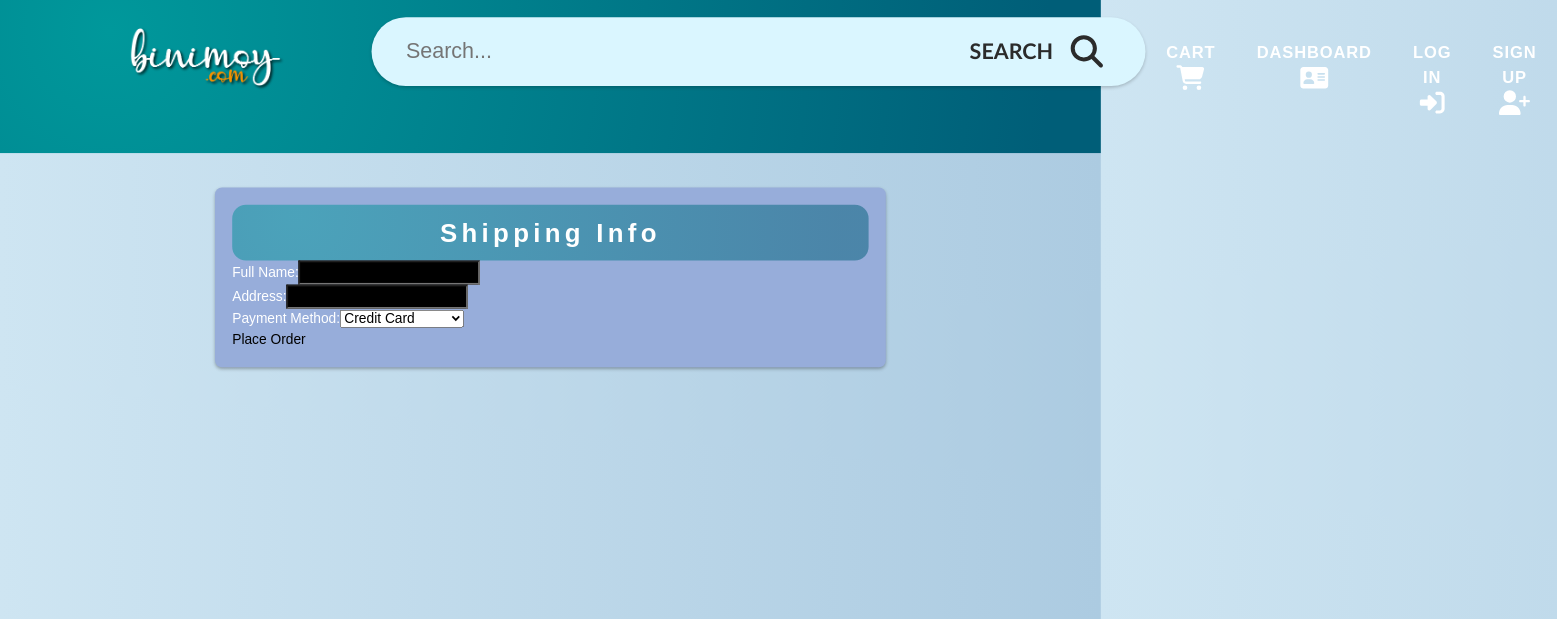
Repository: Shadman2024/2_1_DatabaseProject
Page: /checkout (app in frontend/)
The author's editor kept a copy of each file at every save. The page is drawn from the files as they stood at one save, then again after the next save.
The browser window is 1280 px wide. The page is 1811 px wide, so the pictures cover 1811 px, including what lies to the right of the window. The pictures show the whole page, at 86% of full size.
Some web libraries are served in a nearby version. The project was rebuilt for these pictures with package versions that can differ from the ones it lists, and the page was loaded fresh each time. Also part of the build but not shown: frontend/src/App.css, frontend/src/signUp/signup.js, frontend/src/logIn/login.js, frontend/src/Home/home.module.css, frontend/src/Home/hero.js, frontend/src/Home/hero2.js, frontend/src/Home/hero3.js, frontend/src/Home/smallcategory.module.css and 31 more.

Above is the page before, as saved 2024-03-08 13:46:20.

### frontend/public/index.html
<!DOCTYPE html>
<html lang="en">

<head>
  <meta charset="utf-8" />
  <link rel="icon" href="%PUBLIC_URL%/favicon.ico" />
  <meta name="viewport" content="width=device-width, initial-scale=1" />
  <meta name="theme-color" content="#000000" />
  <meta name="description" content="Web site created using create-react-app" />
  <link rel="apple-touch-icon" href="%PUBLIC_URL%/logo192.png" />
  <!--
      manifest.json provides metadata used when your web app is installed on a
      user's mobile device or desktop. See https://developers.google.com/web/fundamentals/web-app-manifest/
    -->
  <link rel="manifest" href="%PUBLIC_URL%/manifest.json" />
  <link href="https://cdn.jsdelivr.net/npm/bootstrap@5.0.2/dist/css/bootstrap.min.css" rel="stylesheet"
    integrity="sha384-EVSTQN3/azprG1Anm3QDgpJLIm9Nao0Yz1ztcQTwFspd3yD65VohhpuuCOmLASjC" crossorigin="anonymous">
  <!--
      Notice the use of %PUBLIC_URL% in the tags above.
      It will be replaced with the URL of the `public` folder during the build.
      Only files inside the `public` folder can be referenced from the HTML.

      Unlike "/favicon.ico" or "favicon.ico", "%PUBLIC_URL%/favicon.ico" will
      work correctly both with client-side routing and a non-root public URL.
      Learn how to configure a non-root public URL by running `npm run build`.
    -->
  <title>React App</title>
</head>

<body style="background: linear-gradient(to right, #cee5f2, #accbe1);
/* Other styles */
margin: 0;
height: 100vh;
color: white;">
<!-- <body style="background: #1B1B1B"> -->


  <noscript>You need to enable JavaScript to run this app.</noscript>
  <div id="root"></div>
  <!--
      This HTML file is a template.
      If you open it directly in the browser, you will see an empty page.

      You can add webfonts, meta tags, or analytics to this file.
      The build step will place the bundled scripts into the <body> tag.

      To begin the development, run `npm start` or `yarn start`.
      To create a production bundle, use `npm run build` or `yarn build`.
    -->
  <script src="https://cdn.jsdelivr.net/npm/bootstrap@5.0.2/dist/js/bootstrap.bundle.min.js"
    integrity="sha384-MrcW6ZMFYlzcLA8Nl+NtUVF0sA7MsXsP1UyJoMp4YLEuNSfAP+JcXn/tWtIaxVXM"
    crossorigin="anonymous"></script>
  <script src="https://cdn.jsdelivr.net/npm/@popperjs/core@2.9.2/dist/umd/popper.min.js"
    integrity="sha384-IQsoLXl5PILFhosVNubq5LC7Qb9DXgDA9i+tQ8Zj3iwWAwPtgFTxbJ8NT4GN1R8p"
    crossorigin="anonymous"></script>
  <script src="https://cdn.jsdelivr.net/npm/bootstrap@5.0.2/dist/js/bootstrap.min.js"
    integrity="sha384-cVKIPhGWiC2Al4u+LWgxfKTRIcfu0JTxR+EQDz/bgldoEyl4H0zUF0QKbrJ0EcQF"
    crossorigin="anonymous"></script>
  <script src="https://code.jquery.com/jquery-3.2.1.slim.min.js"
    integrity="sha384-KJ3o2DKtIkvYIK3UENzmM7KCkRr/rE9/Qpg6aAZGJwFDMVNA/GpGFF93hXpG5KkN"
    crossorigin="anonymous"></script>
  <script src="https://cdnjs.cloudflare.com/ajax/libs/popper.js/1.12.3/umd/popper.min.js"
    integrity="sha384-vFJXuSJphROIrBnz7yo7oB41mKfc8JzQZiCq4NCceLEaO4IHwicKwpJf9c9IpFgh"
    crossorigin="anonymous"></script>
  <script src="https://maxcdn.bootstrapcdn.com/bootstrap/4.0.0-beta.2/js/bootstrap.min.js"
    integrity="sha384-alpBpkh1PFOepccYVYDB4do5UnbKysX5WZXm3XxPqe5iKTfUKjNkCk9SaVuEZflJ"
    crossorigin="anonymous"></script>


</body>

</html>

### frontend/src/index.css
*{
  margin: 0;
  outline: none;
}
body {
  margin: 0;
  font-family: -apple-system, BlinkMacSystemFont, 'Segoe UI', 'Roboto', 'Oxygen',
    'Ubuntu', 'Cantarell', 'Fira Sans', 'Droid Sans', 'Helvetica Neue',
    sans-serif;
  -webkit-font-smoothing: antialiased;
  -moz-osx-font-smoothing: grayscale;
}

code {
  font-family: source-code-pro, Menlo, Monaco, Consolas, 'Courier New',
    monospace;
}
html {
  scroll-behavior: smooth;
  position: relative;
  min-height: 100%;
  overflow-x: hidden;
}

### frontend/src/checkout/checkout.js
import React, { Fragment, useState, useEffect, useLayoutEffect } from 'react';
import { useLocation, useNavigate } from 'react-router-dom';
import styles from './checkout.module.css';

const Checkout = ({ setAuth }) => {
    const navigate = useNavigate();
    const location = useLocation();
    const { cartItems } = location.state || { cartItems: [] };

    // States for form inputs
    const [name, setName] = useState('');
    const [address, setAddress] = useState('');
    const [paymentMethod, setPaymentMethod] = useState('creditCard');

    const handleSubmit = async (e) => {
        e.preventDefault();
        // Here you would typically send the order to your backend server
        // For this example, we'll just log it to the console and navigate to a confirmation page
        console.log({
            name,
            address,
            paymentMethod,
            cartItems,
        });
        // navigate('/order-confirmation'); // Assuming you have an order confirmation page
    };

    return (
        <Fragment>
            <div className={styles.shipping}>
                <div className={styles.title}>Shipping Info</div>
                <form onSubmit={handleSubmit} className={styles.checkoutForm}>
                    <div className={styles.formGroup}>
                        <label htmlFor="name">Full Name:</label>
                        <input type="text" id="name" value={name} onChange={(e) => setName(e.target.value)} required />
                    </div>
                    <div className={styles.formGroup}>
                        <label htmlFor="address">Address:</label>
                        <input type="text" id="address" value={address} onChange={(e) => setAddress(e.target.value)} required />
                    </div>
                    <div className={styles.formGroup}>
                        <label>Payment Method:</label>
                        <select value={paymentMethod} onChange={(e) => setPaymentMethod(e.target.value)} required>
                            <option value="creditCard">Credit Card</option>
                            <option value="paypal">PayPal</option>
                            <option value="cash">Cash on Delivery</option>
                        </select>
                    </div>
                    <button type="submit" className={styles.submitButton}>Place Order</button>
                </form>
            </div>
        </Fragment>
    );
};

export default Checkout;

### frontend/src/signUp/signup.module.css

.login_box {
  position: absolute;
  top: 50%;
  left: 50%;
  width: 400px;
  padding: 40px;
  margin: 20px auto;
  transform: translate(-50%, -55%);
  background-image: radial-gradient( circle farthest-corner at 10% 20%,  rgba(0,152,155,1) 0.1%, rgba(0,94,120,1) 94.2% );
  box-sizing: border-box;
  box-shadow: 0 15px 25px rgba(0,0,0,.6);
  border-radius: 10px;
  color: #ffffff;
  font-size: large;
  /* padding-left: 100px;
  padding-right: 100px; */
}
.login_box .user_box {
  position: relative;
}

.login_box .user_box input {
  width: 100%;
  padding: 10px 0;
  font-size: 16px;
  color: #fffdfd;
  margin-bottom: 30px;
  border: none;
  /* background-color: #0F1F2A; */
  border-bottom: 1px solid #ffffff;
  outline: none;
  background: transparent;
  font-size: larger;
  /* font-weight: bolder; */
}

.login_box .user_box label {
  position: absolute;
  top: -20px;
  left: 0;
  padding: 10px 0;
  font-size: 20px;
  color: #ffffff;
  /* background-color: #2E5D7F; */
  pointer-events: none;
  transition: .5s;
  font-size: large;
  /* padding: 0px;
  padding-left: 20%;
  padding-right: 20%; */
  font-weight: bold;
}

.login_box .user_box input:focus ~ label,
.login_box .user_box input:valid ~ label {
  /* top: -20px; */
  left: 0;
  color: #ffffff;
  font-size: 20px;
  /* background-color: #242424; */
  padding: 0px;
  padding-left: 10px;
  padding-right: 10px;
  font-weight: bolder;
}


.login_box p:first-child {
  margin: 0 0 30px;
  padding: 0;
  color: #ffffff;
  text-align: center;
  font-size: 1.5rem;
  font-weight: bold;
  letter-spacing: 1px;
  padding-bottom: 30px;
}




.animated_button {
  position: relative;
  display: inline-block;
  padding: 12px 24px;
  border: none;
  font-size: 16px;
  background-color: inherit;
  border-radius: 100px;
  font-weight: 600;
  color: #ffffff;
  box-shadow: 0 0 0 2px #ffffff00;
  cursor: pointer;
  overflow: hidden;
  transition: all 0.6s cubic-bezier(0.23, 1, 0.320, 1);
  text-align: center;
  font-size: 1.2rem;
  /* font-weight: bold; */
  letter-spacing: 1px;
  /* padding-bottom: 30px; */
}

.animated_button span:last-child {
  position: absolute;
  top: 50%;
  left: 50%;
  transform: translate(-50%, -50%);
  width: 20px;
  height: 20px;
  background-color: #fff;
  /* color: #000; */
  border-radius: 50%;
  opacity: 0;
  transition: all 0.8s cubic-bezier(0.23, 1, 0.320, 1);
}

.animated_button span:first-child {
  position: relative;
  z-index: 1;
}

.animated_button:hover {
  box-shadow: 0 0 0 3px #ffffff;
  color: #2F0332;
}

.animated_button:active {
  scale: 0.95;
}

.animated_button:hover span:last-child {
  width: 150px;
  height: 150px;
  opacity: 1;
}

input {
  color: white;
  background-color: black;
}

::-ms-reveal {
  filter: invert(100%);
}

/* Chrome, Safari, Edge, Opera */
input::-webkit-outer-spin-button,
input::-webkit-inner-spin-button {
-webkit-appearance: none;
margin: 0;
}

### frontend/src/logIn/login.module.css


.login_box {
  position: absolute;
  top: 50%;
  left: 50%;
  width: 400px;
  padding: 40px;
  margin: 20px auto;
  transform: translate(-50%, -55%);
  background-image: radial-gradient( circle farthest-corner at 10% 20%,  rgba(0,152,155,1) 0.1%, rgba(0,94,120,1) 94.2% );
  box-sizing: border-box;
  box-shadow: 0 15px 25px rgba(0, 0, 0, .6);
  border-radius: 10px;
  color: #ffffff;
  font-size: large;
  /* padding-left: 100px;
  padding-right: 100px; */
}

.login_box .user_box {
  position: relative;
}

.login_box .user_box input {
  width: 100%;
  padding: 10px 0;
  font-size: 16px;
  color: #fffdfd;
  margin-bottom: 30px;
  border: none;
  /* background-color: #0F1F2A; */
  border-bottom: 1px solid #ffffff;
  outline: none;
  background: transparent;
  font-size: larger;
  /* font-weight: bolder; */
}

.login_box .user_box label {
  position: absolute;
  top: -20px;
  left: 0;
  padding: 10px 0;
  font-size: 20px;
  color: #ffffff;
  /* background-color: #2E5D7F; */
  pointer-events: none;
  transition: .5s;
  font-size: large;
  /* padding: 0px;
  padding-left: 20%;
  padding-right: 20%; */
  font-weight: bold;
}

.login_box .user_box input:focus~label,
.login_box .user_box input:valid~label {
  /* top: -20px; */
  left: 0;
  color: #ffffff;
  font-size: 20px;
  /* background-color: #242424; */
  padding: 0px;
  padding-left: 10px;
  padding-right: 10px;
  font-weight: bolder;
}


.login_box p:first-child {
  margin: 0 0 30px;
  padding: 0;
  color: #ffffff;
  text-align: center;
  font-size: 1.5rem;
  font-weight: bold;
  letter-spacing: 1px;
  padding-bottom: 30px;
}




.animated_button {
  position: relative;
  display: inline-block;
  padding: 12px 24px;
  border: none;
  font-size: 16px;
  background-color: inherit;
  border-radius: 100px;
  font-weight: 600;
  color: #ffffff;
  box-shadow: 0 0 0 2px #ffffff00;
  cursor: pointer;
  overflow: hidden;
  transition: all 0.6s cubic-bezier(0.23, 1, 0.320, 1);
  text-align: center;
  font-size: 1.2rem;
  /* font-weight: bold; */
  letter-spacing: 1px;
  /* padding-bottom: 30px; */
}

.animated_button span:last-child {
  position: absolute;
  top: 50%;
  left: 50%;
  transform: translate(-50%, -50%);
  width: 20px;
  height: 20px;
  background-color: #fff;
  /* color: #000; */
  border-radius: 50%;
  opacity: 0;
  transition: all 0.8s cubic-bezier(0.23, 1, 0.320, 1);
}

.animated_button span:first-child {
  position: relative;
  z-index: 1;
}

.animated_button:hover {
  box-shadow: 0 0 0 3px #ffffff;
  color: #2F0332;
}

.animated_button:active {
  scale: 0.95;
}

.animated_button:hover span:last-child {
  width: 150px;
  height: 150px;
  opacity: 1;
}

input {
  color: white;
  background-color: black;
}

::-ms-reveal {
  filter: invert(100%);
}

### frontend/src/dashboard/dashboard.module.css
body {
    /* font-family: Arial, sans-serif; */
    margin: 0;
    padding: 0;
    box-sizing: border-box;
    /* font-size: larger; */
}

.container {
    font-size: 30px;
    display: flex;
    justify-content: space-around;
    margin: 20px;
    margin-left: 130px;
    margin-right: 130px;
}

.user_info,
.order_info {
    flex-basis: 45%;
    padding: 20px;
    box-shadow: 0 0 10px rgba(0, 0, 0, 0.1);
}


.user_photo {
    width: 200px;
    height: 200px;
    object-fit: cover;
    border-radius: 50%;
    margin-bottom: 20px;
}

h2 {
    color: #333;
    margin-bottom: 15px;
}

p {
    line-height: 1.6;
    color: #666;
}

strong {
    color: #333;
}

@media (max-width: 768px) {
    .container {
        flex-direction: column;
        align-items: center;
    }

    .user-info,
    .order-info {
        flex-basis: 90%;
    }
}

.title {
    /* Add styles for your title here */
    margin-bottom: 10px;
    /* Example space between title and wrapper */
    font-size: 30px;
    color: rgb(255, 255, 255);
    font-weight: bolder;
    padding-left: 200px;
    background-image: radial-gradient( circle farthest-corner at 10% 20%,  rgba(0,152,155,1) 0.1%, rgba(0,94,120,1) 94.2% );
    margin-top: 0px;
    letter-spacing: 5px;
}

.animated_button {
    position: relative;
    display: inline-block;
    padding: 12px 24px;
    border: none;
    font-size: 16px;
    background-color: rgb(71, 0, 73);
    border-radius: 100px;
    font-weight: 600;
    color: rgb(255, 255, 255);
    box-shadow: 0 0 0 2px #ffffff00;
    cursor: pointer;
    overflow: hidden;
    transition: all 0.6s cubic-bezier(0.23, 1, 0.320, 1);
    text-align: center;
    font-size: 1.2rem;
    /* font-weight: bold; */
    letter-spacing: 1px;
    /* padding-bottom: 30px; */
}

.animated_button span:last-child {
    position: absolute;
    top: 50%;
    left: 50%;
    transform: translate(-50%, -50%);
    width: 20px;
    height: 20px;
    background-color: rgb(71, 0, 73);
    /* color: #000; */
    border-radius: 50%;
    opacity: 0;
    transition: all 0.8s cubic-bezier(0.23, 1, 0.320, 1);
}

.animated_button span:first-child {
    position: relative;
    z-index: 1;
}

.animated_button:hover {
    box-shadow: 0 0 0 3px #ffffff;
    color: #2F0332;
}

.animated_button:active {
    scale: 0.95;
}

.animated_button:hover span:last-child {
    width: 150px;
    height: 150px;
    opacity: 1;
}
.userDetails {
    margin-bottom: 10px;
    color: #0f0f0f;
    font-size: 30px;
}

.userDetails strong {
    color: #2c2c2c;
    font-weight: bold;
}
.user_photo{
    margin-top: 10px;
}

.userDetail {
    display: flex;
    align-items: center;
    margin-bottom: 10px;
}

.detailLabel, .detailValue {
    margin-right: 100px;
}

.detailLabel {
    /* If you want the labels to have a fixed width for alignment */
    width: 220px;
    font-weight: bold;
    color: #000;
}

.detailValue {
    flex-grow: 1;
    color: #333;
}

/* Your existing styles */

### frontend/src/orders/orders.module.css
/* orders.module.css */
.orders_container {
  padding: 20px;
  /* background: #f5f5f5; */
  border-radius: 8px;
  /* box-shadow: 0 2px 4px rgba(0,0,0,0.1); */
  margin-left: 250px;
  margin-right: 250px;
  margin-left: 250px;
  margin-top: 40px;
  margin-right: 250px;
  padding: 20px;
  /* background-color: #f9f9f9; */
  border-radius: 8px;
  box-shadow: 0 2px 4px rgba(0,0,0,0.3);
  background-color: #97adda;
}

.title {
  font-size: 30px;;
  color: rgb(255, 255, 255);
  font-weight: bolder;
  background-image: radial-gradient( circle farthest-corner at 10% 20%,  rgba(0,152,155,50%) 0.1%, rgba(0,94,120,50%) 94.2% );
  margin-top: 0px;
  /* background-color: #ba96db; */
  letter-spacing: 5px;
  margin-bottom: 0px;
  padding-bottom: 0px;
  border-radius: 0.5rem;
  padding: 10px;
  text-align: center;
  border-radius: 1rem 1rem 1rem 1rem;
  margin-bottom: 10px;
}

.order {
  /* background: #ffffff; */
  padding: 15px;
  margin-bottom: 20px;
  /* border-radius: 8px; */
  /* box-shadow: 0 1px 3px rgba(0,0,0,0.12), 0 1px 2px rgba(0,0,0,0.24); */
  font-size: 20px;
  border-radius: 1rem 1rem 1rem 1rem;
  background-color: white;
}

.order h3 {
  color: #0275d8;
  font-size: 20px;
  margin-top: 0;
  margin-bottom: 10px;
}

.order p {
  color: #313131;
  margin: 5px 0;
}

ul {
  list-style-type: none;
  padding: 0;
}

li {
  margin: 5px 0;
  color: #363636;
}

strong {
  color: #333;
}

/* Specific styles for shipping and payment sections */
.order > div {
  margin-top: 10px;
  padding-top: 10px;
  border-top: 1px solid #eee;
}

/* Adjust the below properties as per your UI requirements */
.orders_table {
  width: 100%;
  border-collapse: collapse;
}

.orders_table th, .orders_table td {
  text-align: left;
  padding: 8px;
  border-bottom: 1px solid #ddd;
}

.orders_table th {
  background-color: #f9f9f9;
}
.orders_table {
  width: 100%;
  margin-top: 10px;
  border-collapse: collapse;
}

.orders_table th, .orders_table td {
  text-align: left;
  padding: 8px;
  border-bottom: 1px solid #ddd;
}

.orders_table th {
  background-color: teal;
  /* color: #313131; */
}
.orders_table td {
  background-color: #e0e0e0;
  color: #313131;
}

### frontend/src/checkout/checkout.module.css
.shipping{
    padding: 20px;
    /* background: #f5f5f5; */
    border-radius: 8px;
    /* box-shadow: 0 2px 4px rgba(0,0,0,0.1); */
    margin-left: 250px;
    margin-right: 250px;
    margin-left: 250px;
    margin-top: 40px;
    margin-right: 250px;
    padding: 20px;
    /* background-color: #f9f9f9; */
    border-radius: 8px;
    box-shadow: 0 2px 4px rgba(0,0,0,0.3);
    background-color: #97adda;
}
.title {
    font-size: 30px;;
    color: rgb(255, 255, 255);
    font-weight: bolder;
    background-image: radial-gradient( circle farthest-corner at 10% 20%,  rgba(0,152,155,50%) 0.1%, rgba(0,94,120,50%) 94.2% );
    margin-top: 0px;
    /* background-color: #ba96db; */
    letter-spacing: 5px;
    margin-bottom: 0px;
    padding-bottom: 0px;
    border-radius: 0.5rem;
    padding: 10px;
    text-align: center;
    border-radius: 1rem 1rem 1rem 1rem;
}

### frontend/src/Home/hero.module.css
.hero {
    /* height: 100vh; */
    background: linear-gradient(180deg, #fde1ff, #e1ffea22 60%);
    display: flex;
    margin-bottom: 25px;
}

.hero_left {
    flex: 1;
    display: flex;
    flex-direction: column;
    /* justify-content: center; */
    padding-top: 10px;
    gap: 2px;
    padding-left: 10px;
    line-height: 1.1;
}

.hero_left h2 {
    color: rgb(41, 0, 35);
    font-size: 26 px;
    font-weight: 600;
}

.hero_left p {
    color: rgb(50, 0, 54);
    font-size: 100px;
    font-weight: 600;
}

.hero_hand_icon {
    display: flex;
    align-items: center;
    gap: 20px;
}

.image {
    /* max-width: 100%; */
    width: 199%;
    height: 500px;
    display: block; /* Ensure images resize within their container */
    border: 2px solid black;
    border-radius: 0.4rem;
  }

/* .hero-latest-btn{
    display: flex;
    justify-content: center;
    align-items: center;
    gap: 15px;
    width: 310px;
    height: 70px;
    background: #3d1a3f;
    color: white;
    font-size: 22px;
    font-weight: 500;

} */

.hero_right {
    flex: 1;
    display: flex;
    align-items: center;
    justify-content: center;
}

button {
    position: relative;
    display: inline-block;
    cursor: pointer;
    outline: none;
    border: 0;
    vertical-align: middle;
    text-decoration: none;
    background: transparent;
    padding: 0;
    font-size: inherit;
    font-family: inherit;
}

button.learn_more {
    width: 12rem;
    height: auto;
}

button.learn_more .circle {
    transition: all 0.45s cubic-bezier(0.65, 0, 0.076, 1);
    position: relative;
    display: block;
    margin: 0;
    width: 3rem;
    height: 3rem;
    background: #ffffff;
    border-radius: 1.625rem;
}

button.learn_more .circle .icon {
    transition: all 0.45s cubic-bezier(0.65, 0, 0.076, 1);
    position: absolute;
    top: 0;
    bottom: 0;
    margin: auto;
    background: #ffffff;
}

button.learn_more .circle .icon {
    transition: all 0.45s cubic-bezier(0.65, 0, 0.076, 1);
    left: 0.625rem;
    width: 1.125rem;
    height: 0.125rem;
    background: none;
}

button.learn_more .circle .icon::before {
    position: absolute;
    content: "";
    top: -0.29rem;
    right: 0.0625rem;
    width: 0.625rem;
    height: 0.625rem;
    border-top: 0.125rem solid #020202;
    border-right: 0.125rem solid #000000;
    transform: rotate(45deg);
}

button.learn_more .button_text {
    transition: all 0.45s cubic-bezier(0.65, 0, 0.076, 1);
    position: absolute;
    top: 0;
    left: 0;
    right: 0;
    bottom: 0;
    padding: 0.75rem 0;
    margin: 0 0 0 1.85rem;
    color: #ffffff;
    font-weight: 700;
    line-height: 1.6;
    text-align: center;
    text-transform: uppercase;
}

button:hover .circle {
    width: 100%;
}

button:hover .circle .icon{
    background: #000000;
    transform: translate(1rem, 0);
}

button:hover .button_text {
    color: #000000;
}

Loaded but not shown: frontend/src/NavBar/nav.js (82 lines, source omitted); frontend/src/App.js (81 lines, source omitted); frontend/src/index.js (10 lines, source omitted); frontend/src/seach/search.module.css (299 lines, source omitted); frontend/src/NavBar/nav.module.css (307 lines, source omitted); frontend/src/Home/hero2.module.css (153 lines, source omitted); frontend/src/Home/hero3.module.css (153 lines, source omitted); frontend/src/admin/admin.module.css (no stored copy; drawn as an empty file)

After the next save:
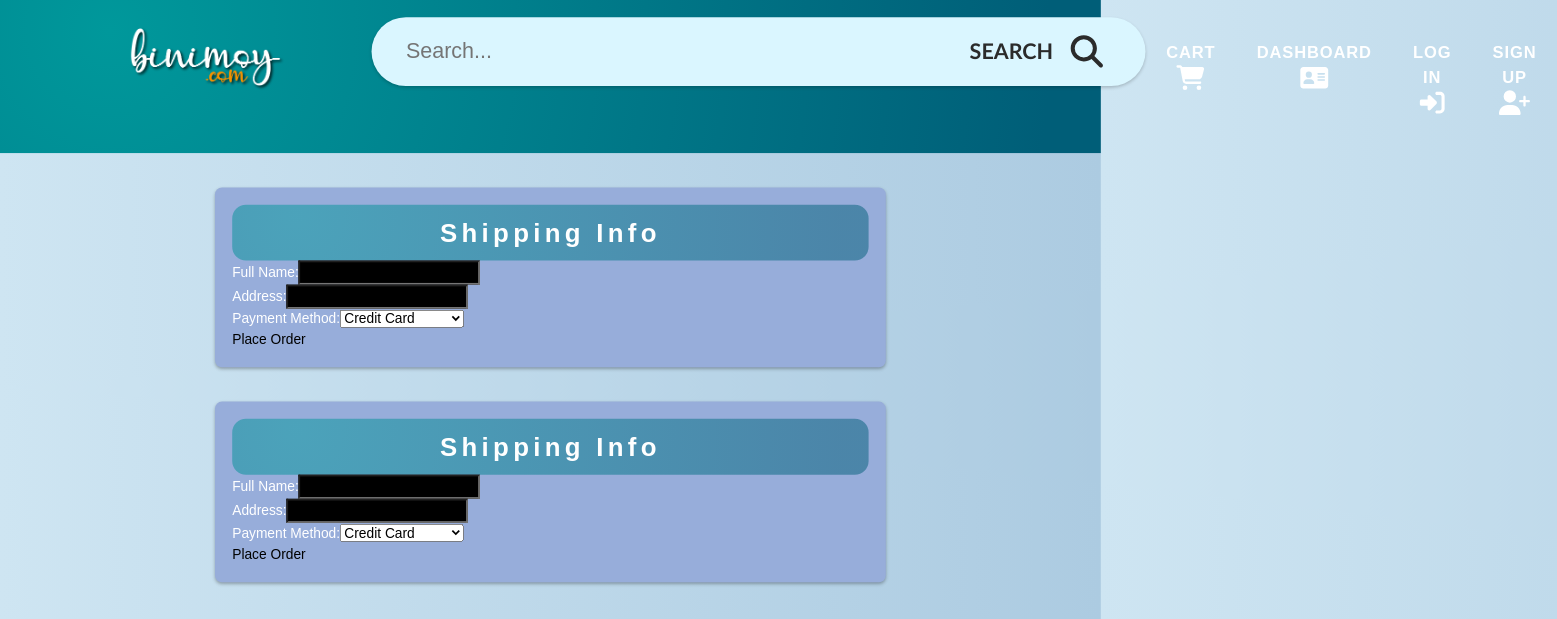
Saved 23 s later.
--- a/frontend/src/checkout/checkout.js
+++ b/frontend/src/checkout/checkout.js
@@ -49,6 +49,28 @@ const Checkout = ({ setAuth }) => {
                     <button type="submit" className={styles.submitButton}>Place Order</button>
                 </form>
             </div>
+            <div className={styles.shipping}>
+                <div className={styles.title}>Shipping Info</div>
+                <form onSubmit={handleSubmit} className={styles.checkoutForm}>
+                    <div className={styles.formGroup}>
+                        <label htmlFor="name">Full Name:</label>
+                        <input type="text" id="name" value={name} onChange={(e) => setName(e.target.value)} required />
+                    </div>
+                    <div className={styles.formGroup}>
+                        <label htmlFor="address">Address:</label>
+                        <input type="text" id="address" value={address} onChange={(e) => setAddress(e.target.value)} required />
+                    </div>
+                    <div className={styles.formGroup}>
+                        <label>Payment Method:</label>
+                        <select value={paymentMethod} onChange={(e) => setPaymentMethod(e.target.value)} required>
+                            <option value="creditCard">Credit Card</option>
+                            <option value="paypal">PayPal</option>
+                            <option value="cash">Cash on Delivery</option>
+                        </select>
+                    </div>
+                    <button type="submit" className={styles.submitButton}>Place Order</button>
+                </form>
+            </div>
         </Fragment>
     );
 };
